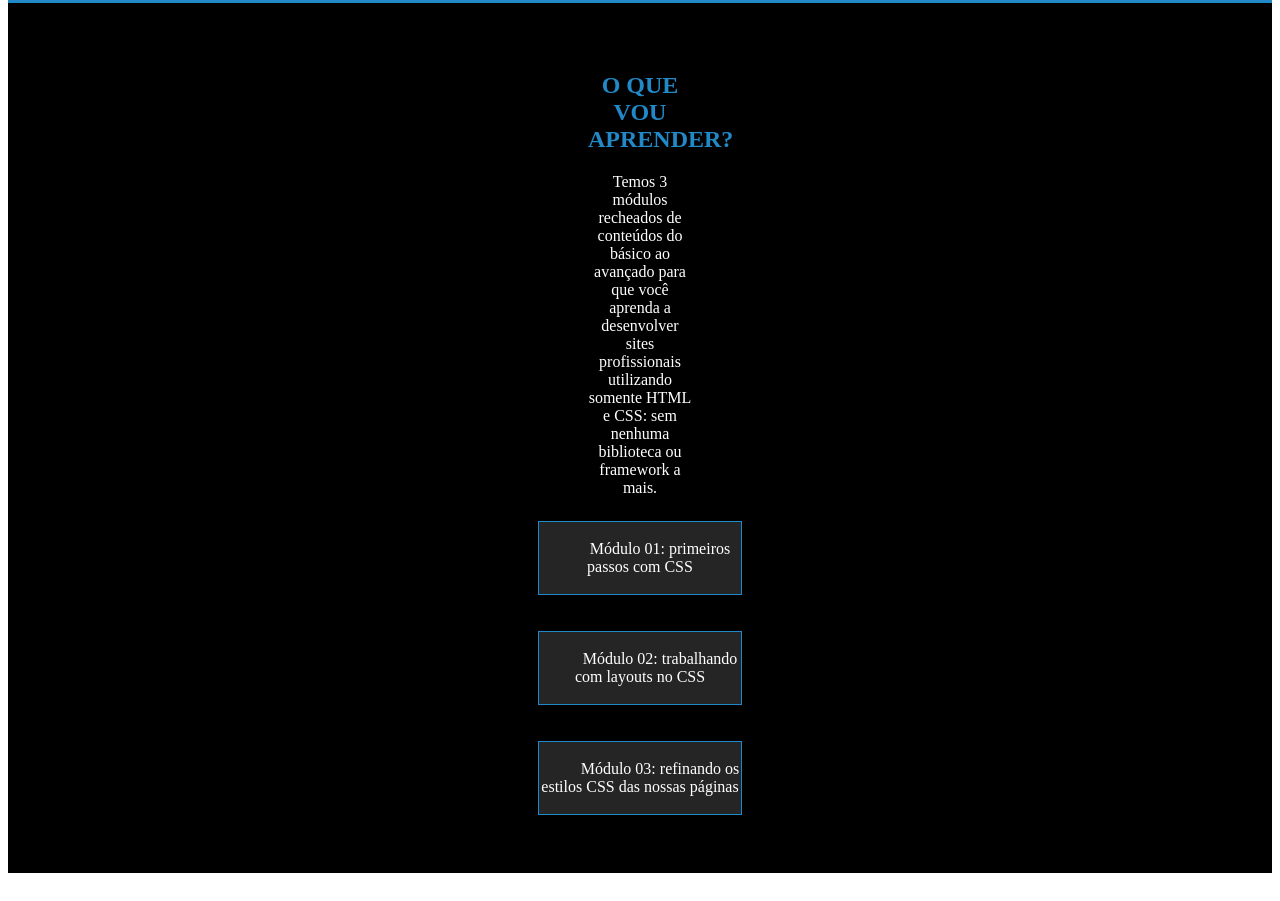
Repository: gustavotwist/trilha-css-desafio-01
Page: index.html
These files come from the project's save history. The page is drawn as it stood at one moment and after a run of saves; the edit follows.
The browser window is 1280 px wide. The pictures show the part of the page from y = 449 to 1350 px (the page is 2149 px tall before and 2143 px after).
A picture or video elsewhere on the page could not be fetched, so the positions and the page height are approximate.

Above is the page before, as saved 2024-07-15 18:56:13.

After the next 2 saves:
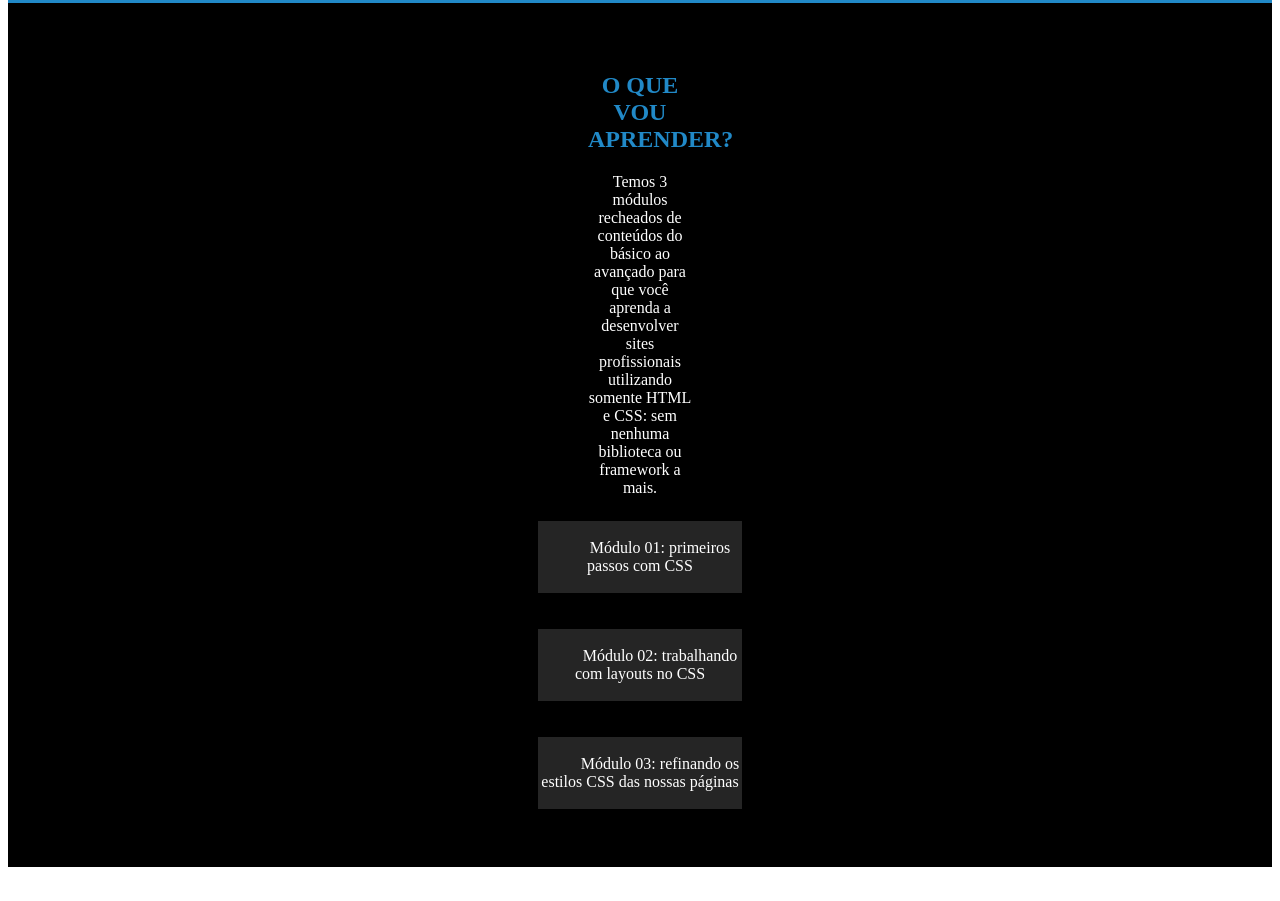
The 2 saves are shown as one change because they came seconds apart.
The last was saved 90 s later.
--- a/global.css
+++ b/global.css
@@ -50,5 +50,5 @@
 
 .module {
     background-color:#252525;
-    border:solid #2189c7 1px;
+    border:solid #2189c7 1px radius;
 }

After the save that followed:
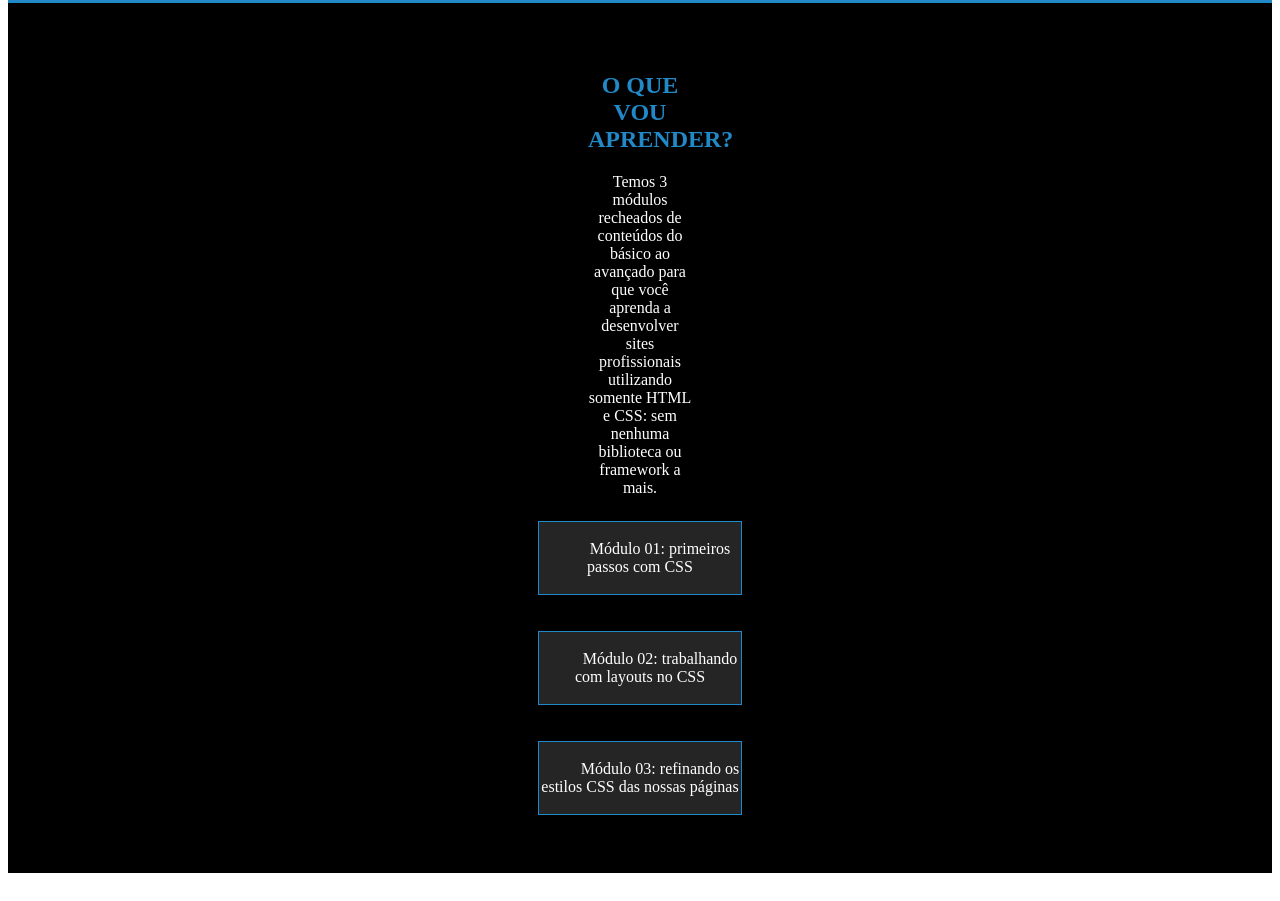
Saved 6 s later.
--- a/global.css
+++ b/global.css
@@ -50,5 +50,5 @@
 
 .module {
     background-color:#252525;
-    border:solid #2189c7 1px radius;
+    border:solid #2189c7 1px ;
 }
